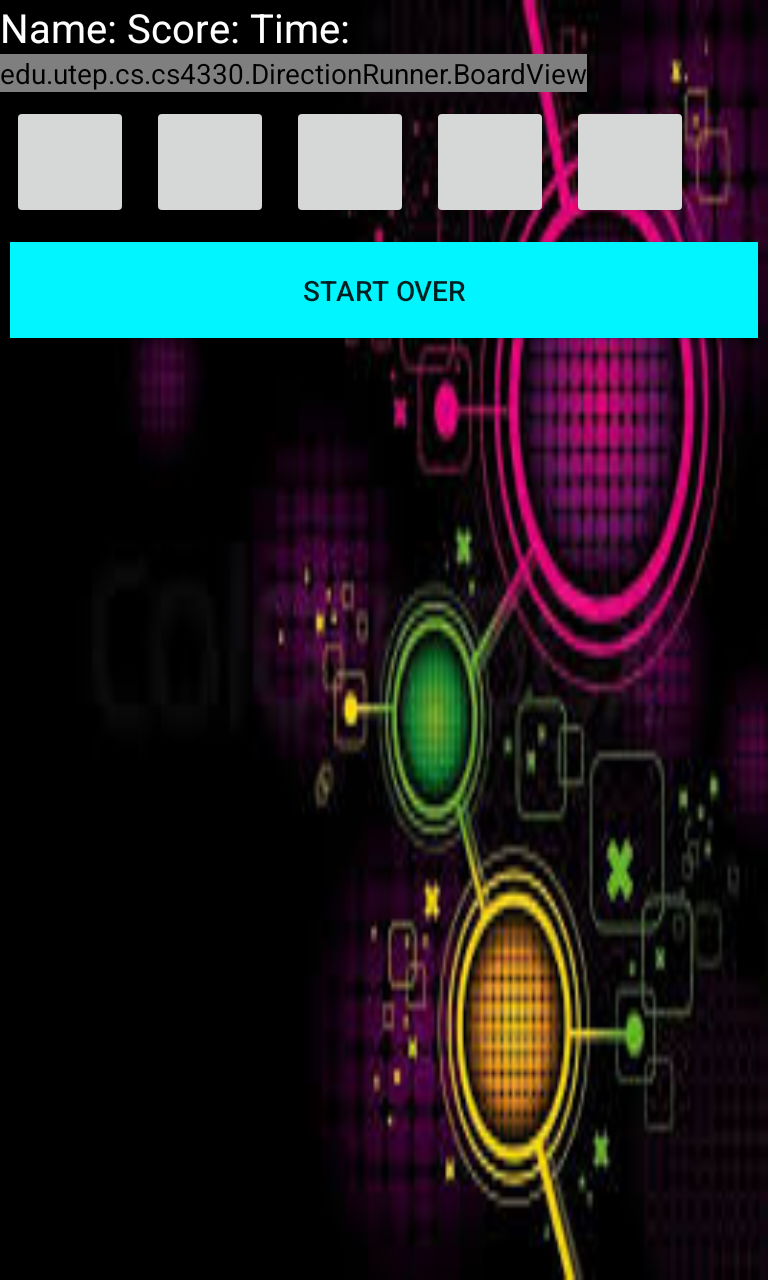
Repository: RedJaVa68/DirectionRunner
Layout: DirectionRunner/res/layout/game_activity.xml
These files come from the project's save history. The layout is drawn as it stood at one moment and after the next save; the edit follows.
Pictures or frames that could not be fetched are drawn as grey boxes. It is drawn on a 768 x 1280 px phone screen (xhdpi) without system bars, with theme AppTheme; the app's code is not run.

Above is the layout before, as saved 2015-05-07 00:45:51.

After the next save:
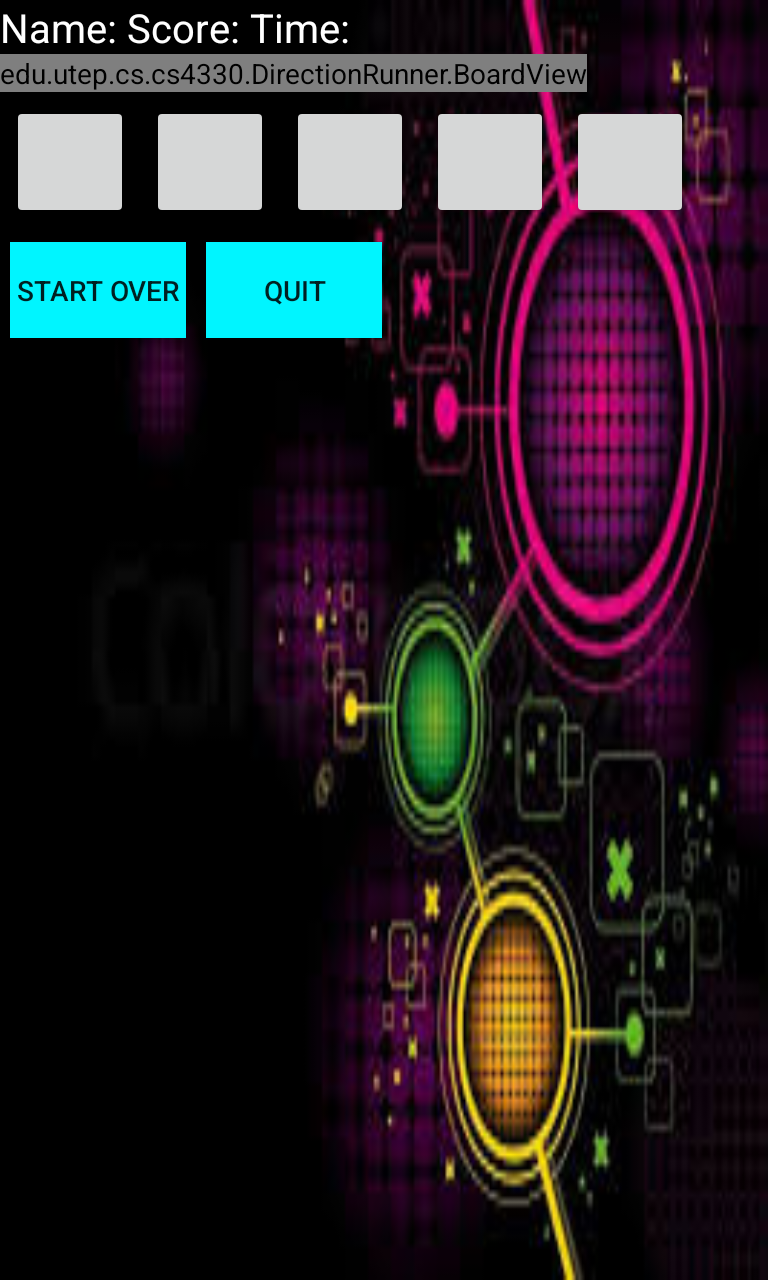
Saved 36 s later.
--- a/DirectionRunner/res/layout/game_activity.xml
+++ b/DirectionRunner/res/layout/game_activity.xml
@@ -82,7 +82,7 @@
         android:orientation="horizontal">
         <Button
             android:id="@+id/reset"
-            android:layout_width="fill_parent"
+            android:layout_width="wrap_content"
             android:layout_height="wrap_content"
             android:text="Start Over"
             android:background="#00F5FF"
@@ -90,7 +90,7 @@
             android:layout_margin="5dp"/>
     	<Button
         	android:id="@+id/quit"
-        	android:layout_width="fill_parent"
+        	android:layout_width="wrap_content"
         	android:layout_height="wrap_content"
         	android:text="Quit"
         	android:background="#00F5FF"
